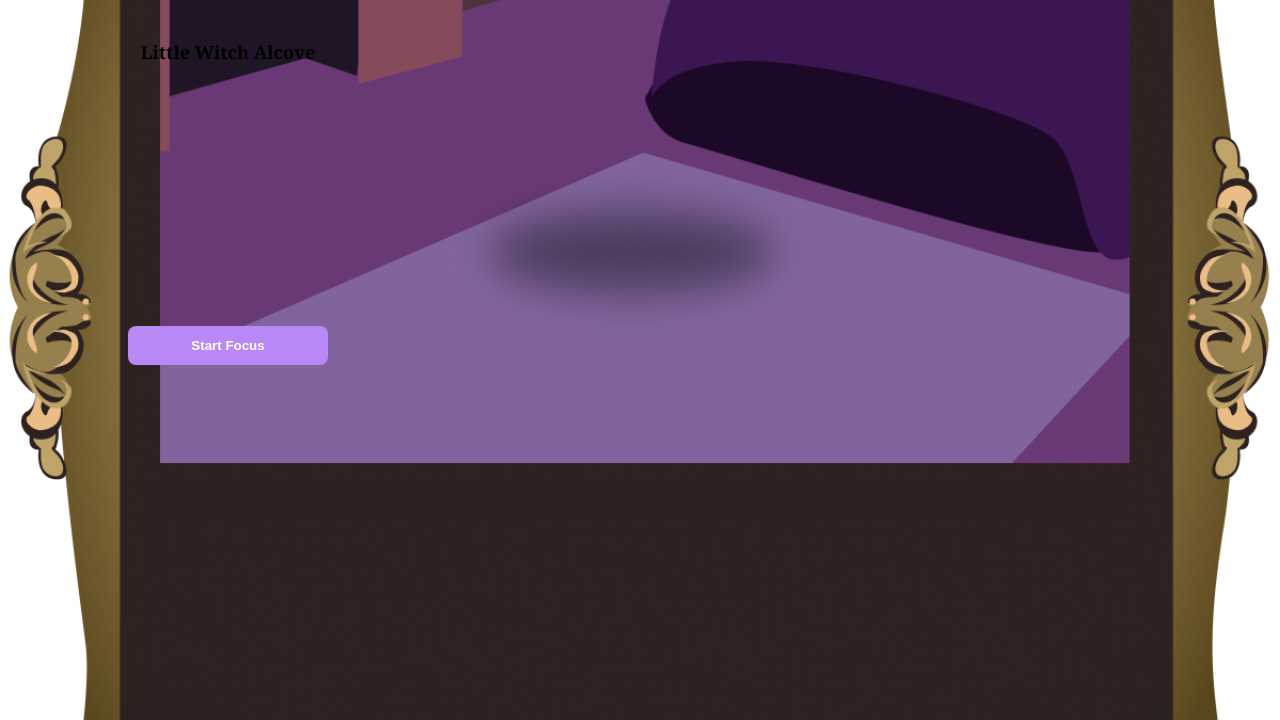
Repository: zhangolivia7/Little-Witch-Alcove
Page: popup.html
The author's editor kept a copy of each file at every save. The page is drawn from the files as they stood at one save, then again after the next save.
The browser window is 1280 px wide. The pictures show the whole page.

Above is the page before, as saved 2025-11-15 15:36:57.

After the next save:
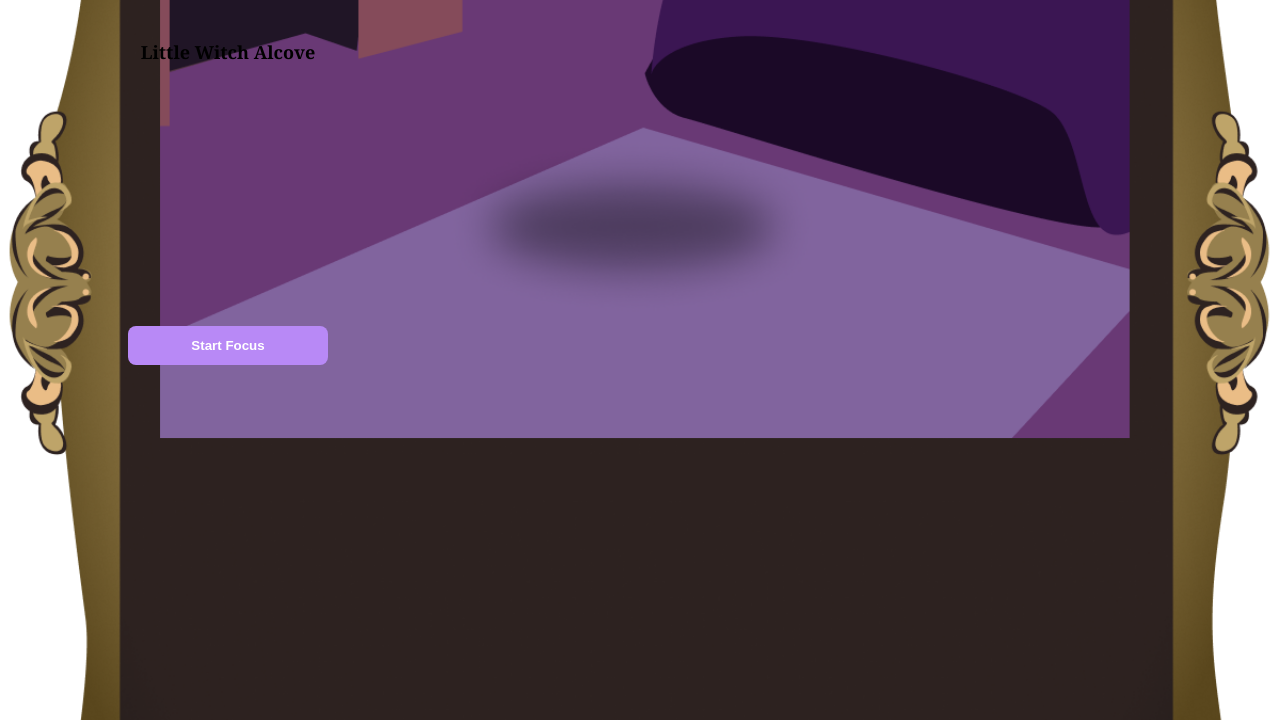
Saved 5 min 16 s later.
--- a/popup.css
+++ b/popup.css
@@ -1,6 +1,6 @@
 body {
     width: 400px;
-    height: 550px;
+    height: 500px;
     background: url("Assets/No UI.png") no-repeat center center;
     background-size: cover;
     padding: 20px;
